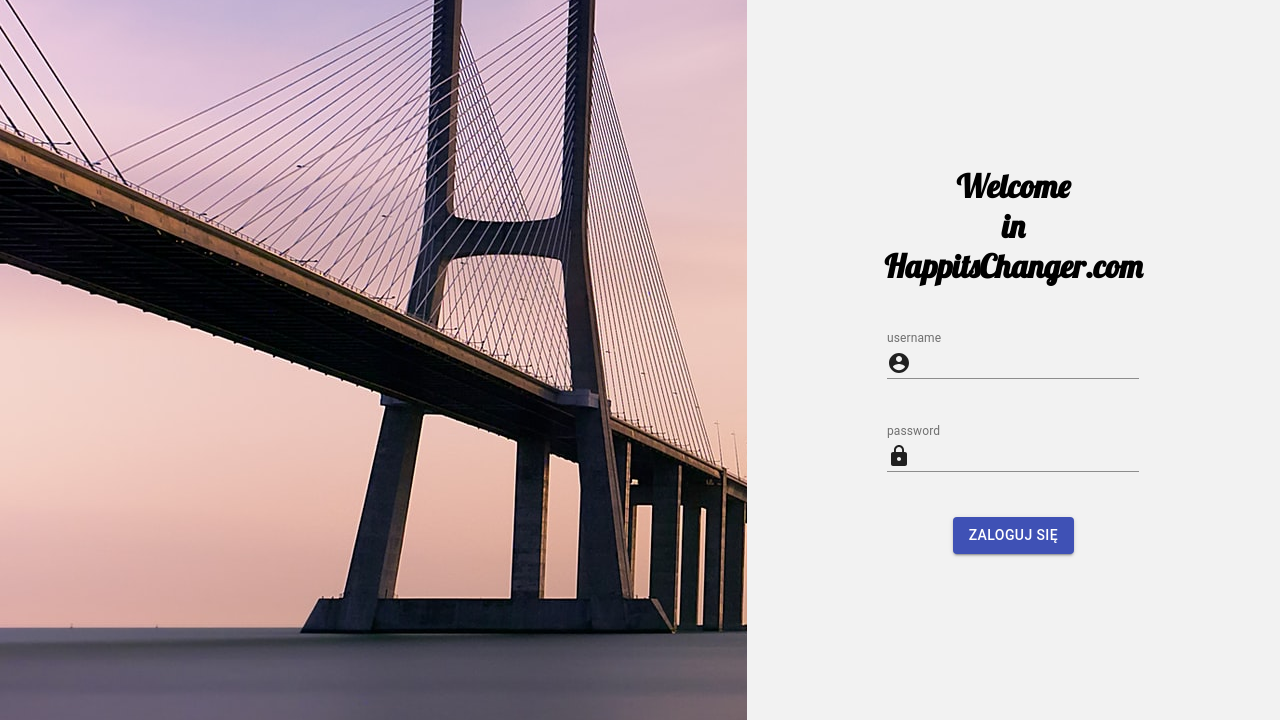
Repository: pgruca96/HappitsChanger
Page: /
An editor plug-in stored every save of this project. The page is shown before and after the next save, followed by the edit.
The browser window is 1280 px wide. The pictures show the whole page.
The project was rebuilt for these pictures with package versions that can differ from the ones it lists, and the page was loaded fresh each time.

Above is the page before, as saved 2020-10-27 21:43:13.

After the next save:
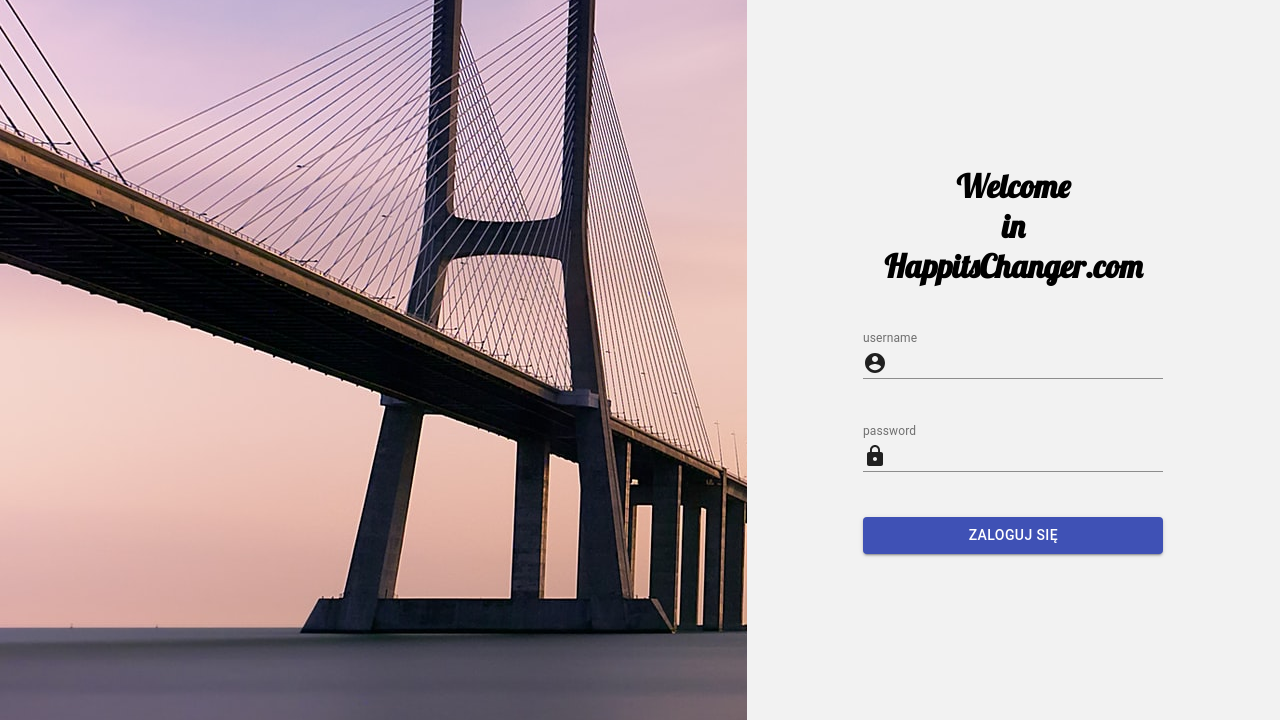
Saved 68 s later.
--- a/src/styles/Form.js
+++ b/src/styles/Form.js
@@ -17,7 +17,7 @@
     display: "flex",
     flexDirection: "column",
     justifyContent: "space-around",
-    alignItems: "center",
+    alignItems: "stretch",
     margin: "auto",
     // padding: theme.spacing(3, 6),
   },
